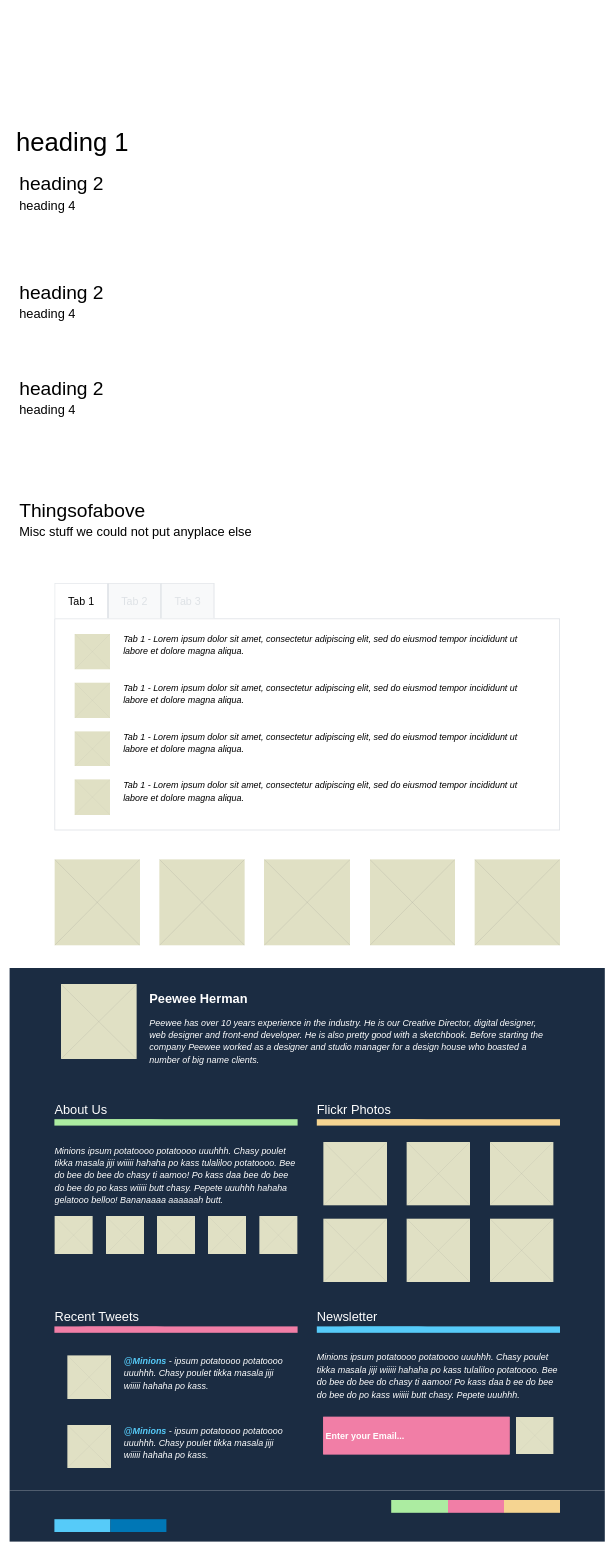
Repository: MonicaNguyenH/LAB-02A-Project1
Page: index.html
These files come from the project's save history. The page is drawn as it stood at one moment and after the next save; the edit follows.
The browser window is 768 px wide. The pictures show the whole page, at 80% of full size.

Above is the page before, as saved 2024-02-08 19:49:53.

After the next save:
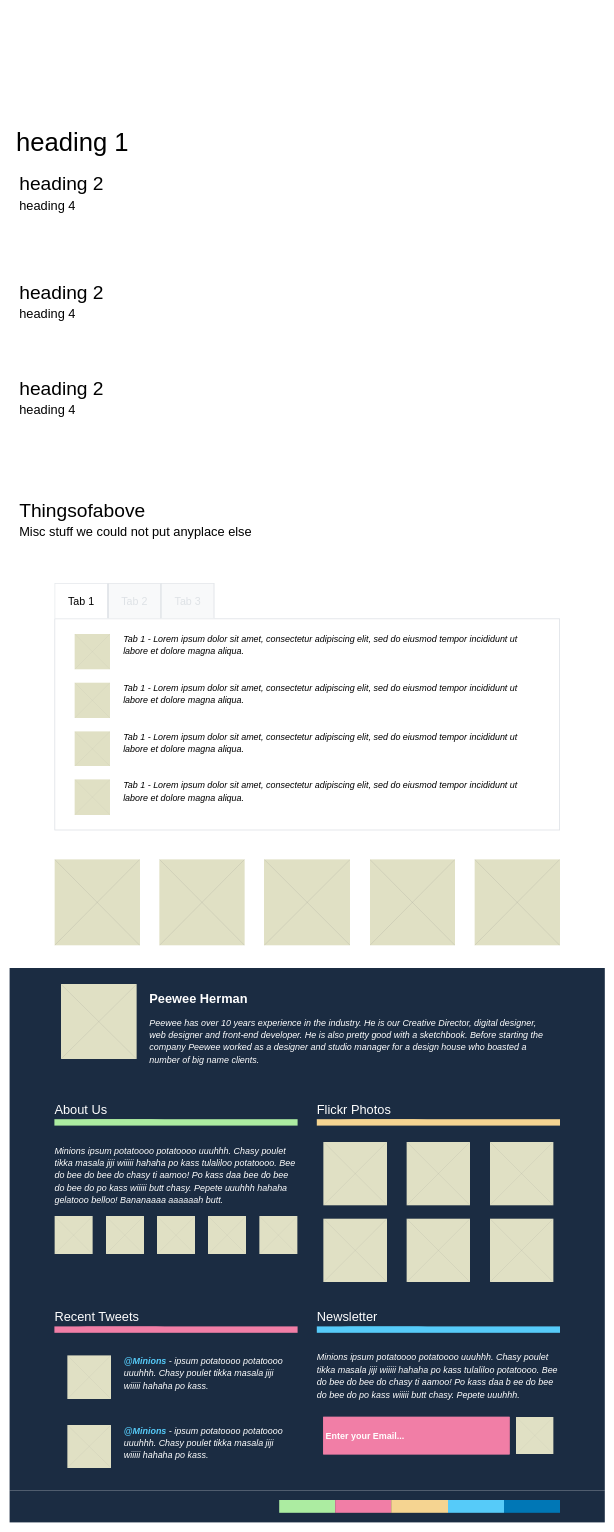
Saved 47 s later.
--- a/css/style.css
+++ b/css/style.css
@@ -249,7 +249,7 @@
 @media screen and (min-width: 40em) and
 (max-width: 63.9375em) {
     .m-hide {
-        display: hide;
+        display: none;
     }
 }
 
